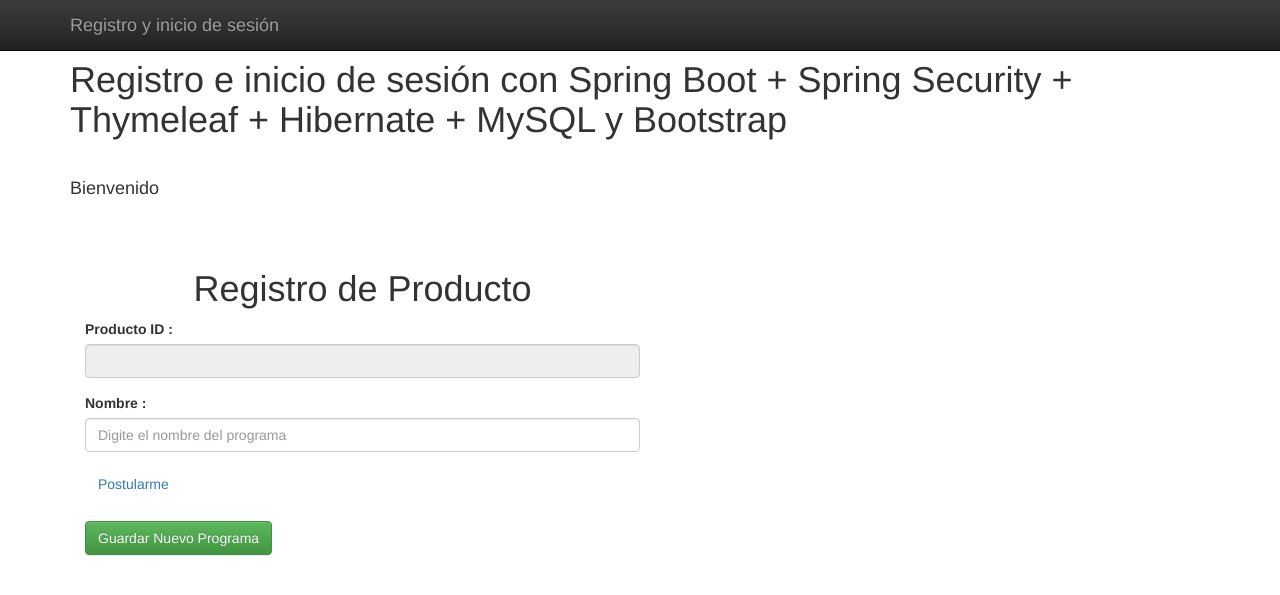
Repository: AndresBR2003/Proyecto-Integrador
Page: http://localhost/editar_programa
The author's editor kept a copy of each file at every save. The page is drawn from the files as they stood at one save, then again after the next save.
The browser window is 1280 px wide. The pictures show the whole page.
The page is this project's Thymeleaf template; nobody is signed in. The template is opened directly, without the code that normally fills it, so the values that code supplies are empty.

Above is the page before, as saved 2023-10-16 06:41:19.
Console error (its wording comes from the project's code and is left out).

### UnidosPorUnPerúMejor/src/main/resources/templates/editar_programa.html
<!DOCTYPE html>
<html xmlns:th="http://www.thymeleaf.org"
	xmlns:sec="http://www.thymeleaf.org/thymeleaf-extras-springsecurity3">
<head>

<meta charset="utf-8">
<title>Edicion de Programas</title>
<!-- Latest compiled and minified CSS -->
<link rel="stylesheet"
	href="https://maxcdn.bootstrapcdn.com/bootstrap/3.3.7/css/bootstrap.min.css"
	integrity="sha384-BVYiiSIFeK1dGmJRAkycuHAHRg32OmUcww7on3RYdg4Va+PmSTsz/K68vbdEjh4u"
	crossorigin="anonymous">

<!-- Optional theme -->
<link rel="stylesheet"
	href="https://maxcdn.bootstrapcdn.com/bootstrap/3.3.7/css/bootstrap-theme.min.css"
	integrity="sha384-rHyoN1iRsVXV4nD0JutlnGaslCJuC7uwjduW9SVrLvRYooPp2bWYgmgJQIXwl/Sp"
	crossorigin="anonymous">
</head>
<body>


	<nav class="navbar navbar-inverse navbar-fixed-top">
		<div class="container">
			<div class="navbar-header">
				<button type="button" class="navbar-toggle collapsed"
					data-toggle="collapse" data-target="#navbar" aria-expanded="false"
					aria-controls="navbar">
					<span class="sr-only">Toggle navigation</span> <span
						class="icon-bar"></span> <span class="icon-bar"></span> <span
						class="icon-bar"></span>
				</button>
				<a class="navbar-brand" th:href="@{/programas}">Registro y
					inicio de sesión</a>
			</div>
			<div id="navbar" class="collapse navbar-collapse">
				<ul class="nav navbar-nav">
					<li sec:authorize="isAuthenticated()"><a th:href="@{/logout}">Cerrar
							sesión</a></li>
				</ul>
			</div>
		</div>
	</nav>

	<br>
	<br>

	<div class="container">
		<h1>Registro e inicio de sesión con Spring Boot + Spring Security
			+ Thymeleaf + Hibernate + MySQL y Bootstrap</h1>
		<br>
		<h4>
			Bienvenido <span sec:authentication="principal.username"></span>
		</h4>

		<br> <br>

		<div class="container">
		<div class="row">
			<div class="col-lg-6 col-md-6 col-sm-6 container justify-content-center card">
				<h1 class="text-center">Registro de Producto</h1>
				<div class="carf-body">
					<form th:action="@{/guardar}" th:object="${programa}" method="post">

						<div class="form-group">
							<label>Producto ID : </label>
							<input type="text" name="nombre" th:field="*{idPro}" class="form-control" readonly="readonly">
						</div>

						<div class="form-group">
							<label>Nombre : </label>
							<input type="text" name="nombre" th:field="*{nombrePro}" class="form-control" placeholder="Digite el nombre del programa" required>
						</div>
						<div>
						<a class="btn btn-secondary mb-2" th:href="@{/nuevoFormulario}">Postularme</a>
						</div>
						<br>
						<div>
							<button class="btn btn-success">Guardar Nuevo Programa</button>
						</div>

					</form>
				</div>
			</div>
		</div>
		</div>
	</div>



	<!-- Latest compiled and minified JavaScript -->
	<script
		src="https://maxcdn.bootstrapcdn.com/bootstrap/3.3.7/js/bootstrap.min.js"
		integrity="sha384-Tc5IQib027qvyjSMfHjOMaLkfuWVxZxUPnCJA7l2mCWNIpG9mGCD8wGNIcPD7Txa"
		crossorigin="anonymous"></script>
</body>
</html>

After the next save:
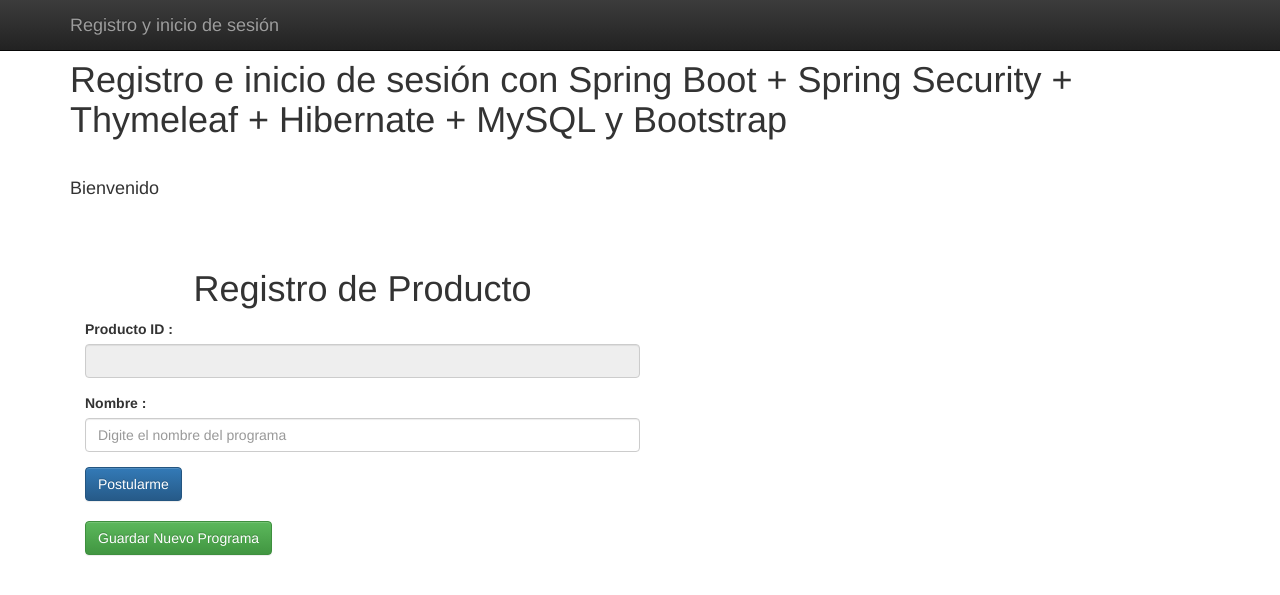
Saved 25 s later.
--- a/UnidosPorUnPerúMejor/src/main/resources/templates/editar_programa.html
+++ b/UnidosPorUnPerúMejor/src/main/resources/templates/editar_programa.html
@@ -72,7 +72,7 @@
 							<input type="text" name="nombre" th:field="*{nombrePro}" class="form-control" placeholder="Digite el nombre del programa" required>
 						</div>
 						<div>
-						<a class="btn btn-secondary mb-2" th:href="@{/nuevoFormulario}">Postularme</a>
+						<a class="btn btn-primary mb-2" th:href="@{/nuevoFormulario}">Postularme</a>
 						</div>
 						<br>
 						<div>
